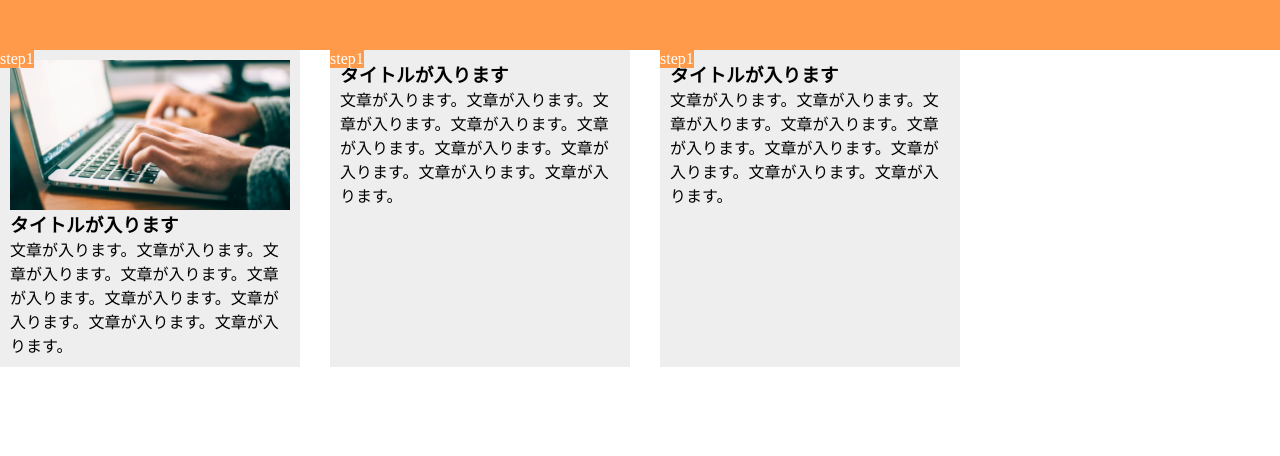
Repository: t-sato-infratop/environment
Page: chapter9-exercise/chapter9_exercise2.html
The author's editor kept a record of every edit. The page is drawn from the files as they stood at one moment, then again after the next edit.
The browser window is 1280 px wide. The pictures show the whole page.
Some web libraries are served in a nearby version.

Above is the page before.

After the next edit:
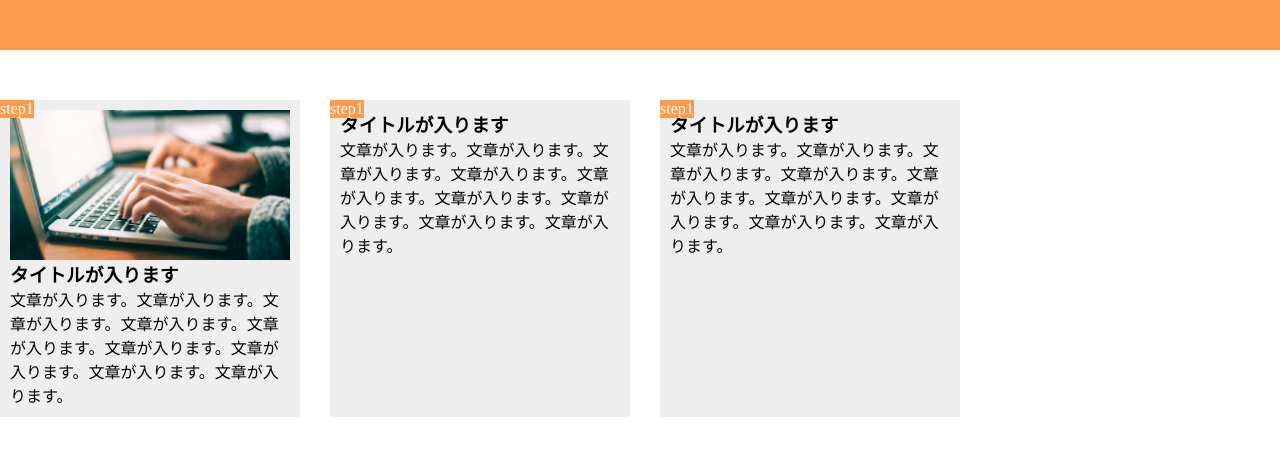
The edit:
--- a/chapter9-exercise/chapter9_exercise2.css
+++ b/chapter9-exercise/chapter9_exercise2.css
@@ -20,6 +20,7 @@
   background-color: #eeeeee;
   width: 300px;
   margin-right: 30px;
+  margin-top: 50px;
   padding: 10px;
   position: relative;
 }
